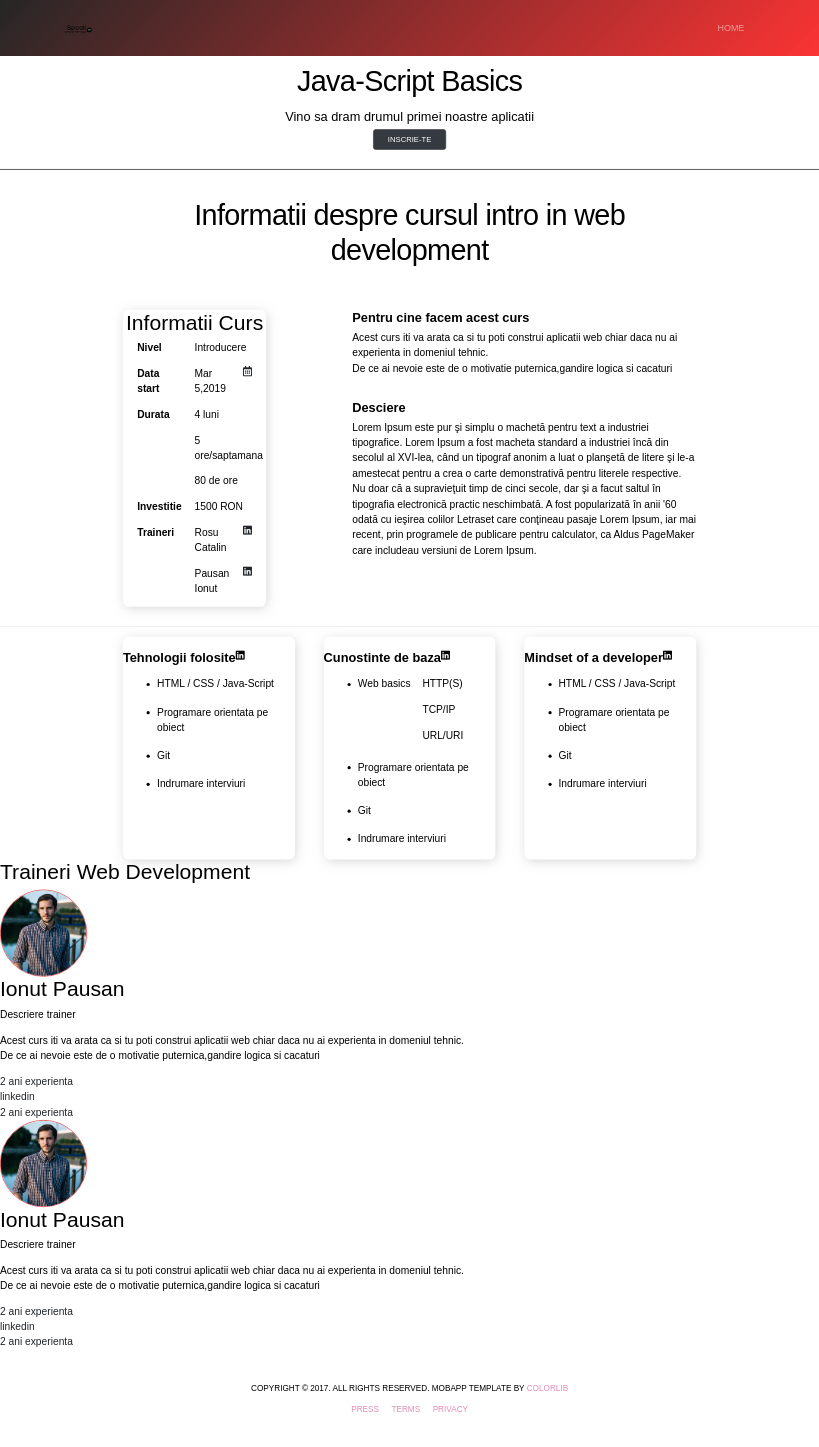
Repository: RosuCatalinDorin/ITSchool
Page: detaliiCurs/views/detalii-curs.html
These files come from the project's save history. The page is drawn as it stood at one moment and after the next save; the edit follows.
The browser window is 1280 px wide. The pictures show the whole page, at 64% of full size.
Some web libraries are served in a nearby version.

Above is the page before, as saved 2019-03-12 08:07:28.

### detaliiCurs/views/detalii-curs.html
<!doctype html>
<html lang="en">


<head>
    <title>Speak Programming</title>
    <!-- Required meta tags -->
    <meta charset="utf-8">
    <meta name="viewport" content="width=device-width, initial-scale=1, shrink-to-fit=no">
    <meta name="description" content="Mobland - Mobile App Landing Page Template">
    <meta name="keywords" content="HTML5, bootstrap, mobile, app, landing, ios, android, responsive">
    <!-- Font -->
    <link rel="stylesheet" href="https://use.fontawesome.com/releases/v5.7.2/css/all.css" integrity="sha384-fnmOCqbTlWIlj8LyTjo7mOUStjsKC4pOpQbqyi7RrhN7udi9RwhKkMHpvLbHG9Sr" crossorigin="anonymous">
    <link rel="dns-prefetch" href="//fonts.googleapis.com">
    <script src="//code.jquery.com/jquery-1.11.1.min.js"></script>
    <!-- Bootstrap CSS -->
    <link rel="stylesheet" href="../../css/bootstrap.min.css">
    <!-- Themify Icons -->
    <link rel="stylesheet" href="../../css/themify-icons.css">
    <!-- Owl carousel -->
    <link rel="stylesheet" href="../../css/owl.carousel.min.css">
    <link rel="stylesheet" href="../css/detalii-curs.css">
    <!-- Main css -->
    <link href="../../css/style.css" rel="stylesheet">
    <link rel="shortcut icon" href="../images/partea_de_susLogo.png"/>
    <!-- jQuery and Bootstrap -->
    <script src="../../js/jquery-3.2.1.min.js"></script>
    <script src="../../js/bootstrap.bundle.min.js"></script>
    <!-- Plugins JS -->
    <script src="../../js/owl.carousel.min.js"></script>
    <!-- Custom JS -->

</head>

<body data-spy="scroll" data-target="#navbar" data-offset="30">

<!-- Nav Menu -->
<div class="nav-menu fixed-top">
    <div class="container">
        <div class="row">
            <div class="col-md-12">
                <nav class="navbar navbar-dark navbar-expand-lg">
                    <a class="navbar-brand" href="../../home-page/index.html"><img src="../../images/logo_partea_deJos.png" height="43" width="43" class="img-fluid" alt="logo"></a> <button class="navbar-toggler" type="button" data-toggle="collapse" data-target="#navbar" aria-controls="navbar" aria-expanded="false" aria-label="Toggle navigation"> <span class="navbar-toggler-icon"></span> </button>
                    <div class="collapse navbar-collapse" id="navbar">
                        <ul class="navbar-nav ml-auto">
                            <li class="nav-item"> <a class="nav-link active" href="../../home-page/index.html">HOME <span class="sr-only">(current)</span></a> </li>
                        </ul>
                    </div>
                </nav>
            </div>
        </div>
    </div>
</div>

<!-- Header start -->

<header  class="header-detalii-curs">
        <h2 class="detalii-curs-titlu" id="cursTitle">Java-Script Basics</h2>
        <h4 class="detalii-curs-motto">Vino sa dram drumul primei noastre aplicatii</h4>
        <div class="detalii-curs-button-container">
            <button type="button" class="btn btn-dark">Inscrie-te</button>
        </div>
    </div>
</header>

<!-- Header ends -->

<!-- Info curs start -->
<section class="info-curs-container">
    <div class="info-title" >
        <h2>Informatii despre cursul intro in web development</h2>
    </div>
    <div class="info-curs-detalii" >
        <div class="informatii-curs-sumar">
            <h3>Informatii Curs</h3>
            <div class="informatii-curs-row">
                <div class="row-first-elem">
                    <p>Nivel</p>
                </div>
                <p class="row-second-elem">Introducere </p>
            </div>
            <div class="informatii-curs-row">
                <div class="row-first-elem">
                    <p>Data start</p>
                </div>
                <div class="row-second-elem">
                    <div class="trainer-linkedin">
                        <p>Mar 5,2019</p>
                        <i class="far fa-calendar-alt"></i>
                    </div>
                </div>
            </div>
            <div class="informatii-curs-row">
                <div class="row-first-elem">
                    <p>Durata</p>
                </div>
                <div class="row-second-elem">
                    <p>4 luni </p>
                    <p>5 ore/saptamana </p>
                    <p>80 de ore </p>
                </div>
            </div>
            <div class="informatii-curs-row">
                    <div class="row-first-elem">
                            <p> Investitie </p>
                        </div>

                <p class="row-second-elem">1500 RON</p>
            </div>
            <div class="informatii-curs-row">
                    <div class="row-first-elem">
                            <p>Traineri</p>
                        </div>

                <div class="row-second-elem">
                    <div class="trainer-linkedin">
                        <p>Rosu Catalin</p>
                        <i href="https://www.linkedin.com/in/ro%C8%99u-c%C4%83t%C4%83lin-dorin-872322112/" class="fab fa-linkedin"></i>
                    </div>
                    <div class="trainer-linkedin">
                        <p>Pausan Ionut</p>
                        <i class="fab fa-linkedin"></i>
                    </div>
                </div>
            </div>
        </div>
        <div class="descriere-curs">
            <!-- put text into variables -->
                <div class="descriere-cui-se-adreseaza">
                    <h4>Pentru cine facem acest curs</h4>
                    <p> Acest curs iti va arata ca si tu poti construi aplicatii web chiar daca nu ai experienta in domeniul tehnic.<br> De ce ai nevoie este de o motivatie puternica,gandire  logica si cacaturi </p>
                </div>
                <div class="">
                    <h4> Desciere</h4>
                    <p>Lorem Ipsum este pur şi simplu o machetă pentru text a industriei tipografice. Lorem Ipsum a fost macheta standard a industriei încă din secolul al XVI-lea, când un tipograf anonim a luat o planşetă de litere şi le-a amestecat pentru a crea o carte demonstrativă pentru literele respective. Nu doar că a supravieţuit timp de cinci secole, dar şi a facut saltul în tipografia electronică practic neschimbată. A fost popularizată în anii '60 odată cu ieşirea colilor Letraset care conţineau pasaje Lorem Ipsum, iar mai recent, prin programele de publicare pentru calculator, ca Aldus PageMaker care includeau versiuni de Lorem Ipsum.</p>
                </div>
        </div>
    </div>
</section>
<hr>
<!-- Info curs ends -->


<!-- PROGRAMA CURS START -->

<section class="programa-curs">
    <div class="programa-curs-row">
        <header class="programa-curs-header">
            <h4>Tehnologii folosite</h4>
            <i class="fab fa-linkedin"></i>
        </header>
        <ul class="lista-programa-curs">
            <li>HTML / CSS / Java-Script</li>
            <li>Programare orientata pe obiect</li>
            <li>Git</li>
            <li>Indrumare interviuri</li>
        </ul>
    </div>
    <div class="programa-curs-row">
        <header class="programa-curs-header">
            <h4>Cunostinte de baza</h4>
            <i class="fab fa-linkedin"></i>
        </header>
        <ul class="lista-programa-curs">
            <div class="web-basics">
                <li >Web basics</li>
                <div>
                    <p>HTTP(S)</p>
                    <p>TCP/IP</p>
                    <p>URL/URI</p>
                </div>
            </div>
            <li>Programare orientata pe obiect</li>
            <li>Git</li>
            <li>Indrumare interviuri</li>
        </ul>
    </div>
    <div class="programa-curs-row">
        <header class="programa-curs-header">
            <h4>Mindset of a developer</h4>
            <i class="fab fa-linkedin"></i>
        </header>
        <ul class="lista-programa-curs">
            <li>HTML / CSS / Java-Script</li>
            <li>Programare orientata pe obiect</li>
            <li>Git</li>
            <li>Indrumare interviuri</li>
        </ul>
    </div>
</section>

<!-- PROGRAMA CURS ENDS -->

<!-- Trainer description start -->
<div class="DescriereTrainer">
        <div>
            <h3> Traineri Web Development</h3>
        </div>
        <div class="contentTrainerDetails">
            <div class="team-box-trainer">
                <div class="team-img">
                    <img src="../../images/pozaIonutPausan.jpg" class="rounded-circle" alt="Cinque Terre" width="136" height="136">
                </div>
                <div class="team-title-trainer ">
                    <h3>Ionut Pausan</h3>
                </div>
            </div>
            <div class="descriereTrainer">
                <p class="textOffset">Descriere trainer</p>
                <p> Acest curs iti va arata ca si tu poti construi aplicatii web chiar daca nu ai experienta in domeniul tehnic.<br> De ce ai nevoie este de o motivatie puternica,gandire  logica si cacaturi </p>
                <div class="repetClassStyle"><span>2 ani experienta</span></div>
                <div class="repetClassStyle"><span>linkedin</span></div>
                <div class="repetClassStyle" ><span>2 ani experienta</span></div>
            </div>
        </div>
        <div class="contentTrainerDetails">
            <div class="team-box-trainer">
                <div class="team-img">
                    <img src="../../images/pozaIonutPausan.jpg" class="rounded-circle" alt="Cinque Terre" width="136" height="136">
                </div>
                <div class="team-title-trainer ">
                    <h3>Ionut Pausan</h3>
                </div>
            </div>
            <div class="">

                <p>Descriere trainer</p>
                <p> Acest curs iti va arata ca si tu poti construi aplicatii web chiar daca nu ai experienta in domeniul tehnic.<br> De ce ai nevoie este de o motivatie puternica,gandire  logica si cacaturi </p>
                <div><span>2 ani experienta</span></div>
                <div ><span>linkedin</span></div>
                <div><span>2 ani experienta</span></div>
            </div>
        </div>
    </div>
<!-- Trainer description end -->


<footer class="my-5 text-center">
    <!-- Copyright removal is not prohibited! -->
    <p class="mb-2"><small>COPYRIGHT © 2017. ALL RIGHTS RESERVED. MOBAPP TEMPLATE BY <a href="https://colorlib.com">COLORLIB</a></small></p>

    <small>
        <a href="#" class="m-2">PRESS</a>
        <a href="#" class="m-2">TERMS</a>
        <a href="#" class="m-2">PRIVACY</a>
    </small>
</footer>


</body>

</html>

### detaliiCurs/css/detalii-curs.css
/* Header start */
.header-detalii-curs {
    border-bottom: 1px solid black;
}

.container-detalii-curs {
    text-align: center;
}

.detalii-curs-button-container{
    margin-bottom: 30px;
}
/* Header ends */

/* Info curs container start */
.info-curs-container {
    width: 70%;
    margin: auto;
}

.info-title{
    padding-top: 45px;
    padding-bottom: 50px;
    height: auto;
}

.info-title h2{
    text-align: center;
}

    /* DETALII CURS -START */
.info-curs-detalii{
    display: flex;
    justify-content: space-between;
    margin-bottom: 30px;
}

.informatii-curs-sumar{
    width: 25%;
    -webkit-box-shadow: 2px 3px 18px -2px rgba(186,186,186,0.68);
    -moz-box-shadow: 2px 3px 18px -2px rgba(186,186,186,0.68);
    box-shadow: 2px 3px 18px -2px rgba(186,186,186,0.68);
    border-radius: 3%;
}

.informatii-curs-sumar h3 {
    text-align: center;
}

.informatii-curs-row{
    /* font size-font-style */
    display: flex;
}

.row-first-elem{
    font-weight: bold;
    width: 30%;
    padding-left: 10%;
}

.row-second-elem {
    width:60%;
    text-align: start;
    padding-left: 20%;
  }

.trainer-linkedin{
    display: flex;
    justify-content: space-between;
}
/* DETALII CURS -END */

/* DESCRIERE CURS START */
.descriere-curs{
    width: 60%;
}

.descriere-curs h4{
    font-weight: bold;
}

.descriere-cui-se-adreseaza{
    padding-bottom: 20px;
}

/* DESCRIERE CURS ENDS */

/* Info curs container ends */


/* PROGRAMA CURS START */

.programa-curs{
    margin: auto;
    display: flex;
    width: 70%;
    justify-content: space-between;
}

.programa-curs-row{
    width: 30%;
    color: black;
    -webkit-box-shadow: 2px 3px 18px -2px rgba(186,186,186,0.68);
    -moz-box-shadow: 2px 3px 18px -2px rgba(186,186,186,0.68);
    box-shadow: 2px 3px 18px -2px rgba(186,186,186,0.68);
    border-radius: 3%;
}

.programa-curs-header {
    padding-top: 20px;
    display: flex;
    color:black;
}

.d {
    display: flex;
    margin:auto;
    width:80%;
    justify-content: center;
}

.programa-curs-header h4{
    padding: 0;
    font-weight: bold;
}

.lista-programa-curs{
    width: 90%;
    margin: auto;
    padding-bottom: 10px;
}

.lista-programa-curs li {
    padding-top: 10px;
    padding-bottom: 10px;
}

.web-basics{
    display: flex;
}

.web-basics li {
    width: 50%;
}

.web-basics div{
    padding-top: 10px;
}


/* PROGRAMA CURS ENDS */

Loaded but not shown: css/bootstrap.min.css (library); css/themify-icons.css (common file); css/owl.carousel.min.css (library); js/jquery-3.2.1.min.js (library); js/bootstrap.bundle.min.js (library); js/owl.carousel.min.js (library); css/style.css (723 lines, source omitted)

After the next save:
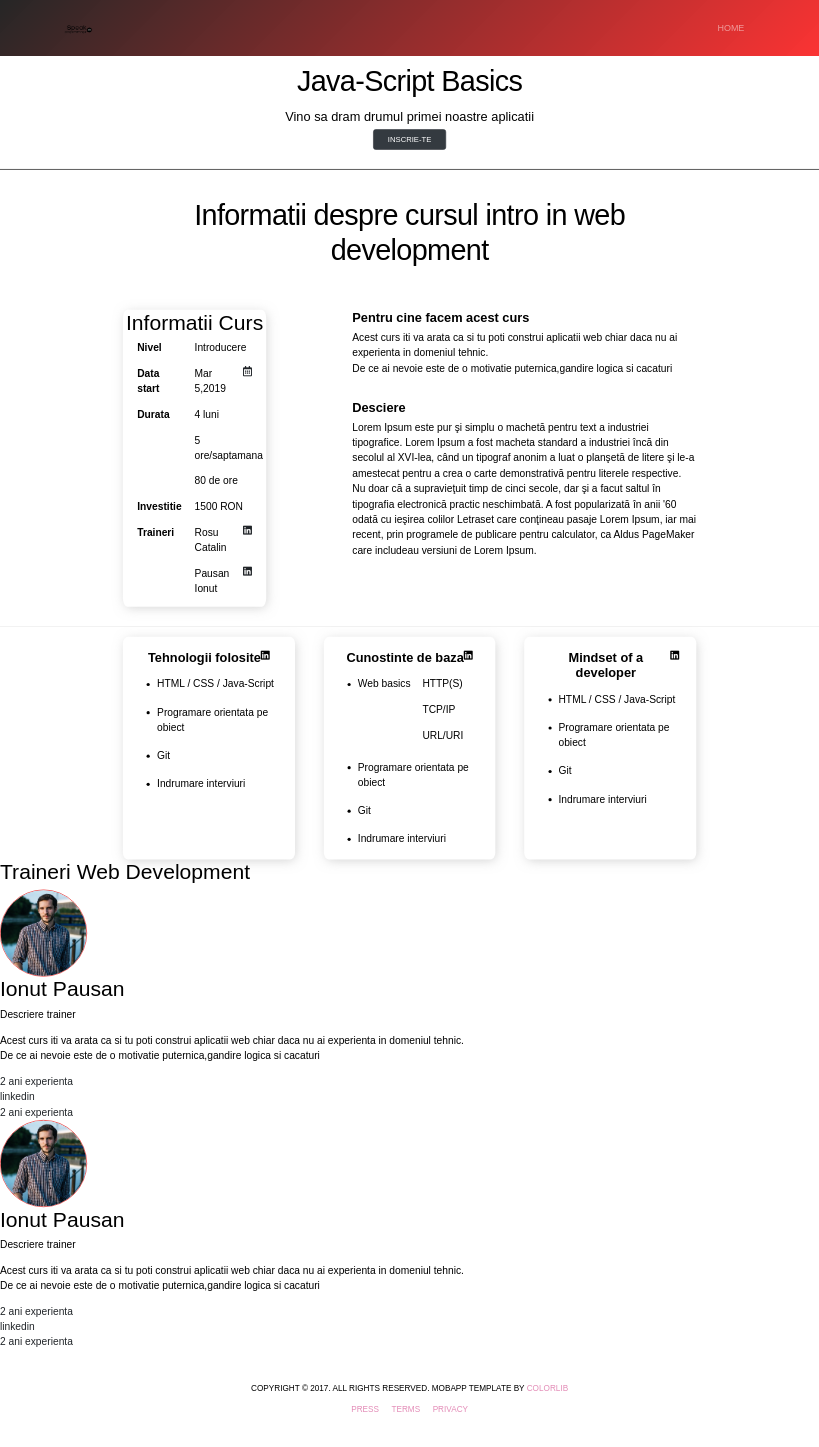
Saved 39 s later.
--- a/detaliiCurs/css/detalii-curs.css
+++ b/detaliiCurs/css/detalii-curs.css
@@ -110,12 +110,8 @@
     padding-top: 20px;
     display: flex;
     color:black;
-}
-
-.d {
-    display: flex;
-    margin:auto;
     width:80%;
+    margin: auto;
     justify-content: center;
 }
 
